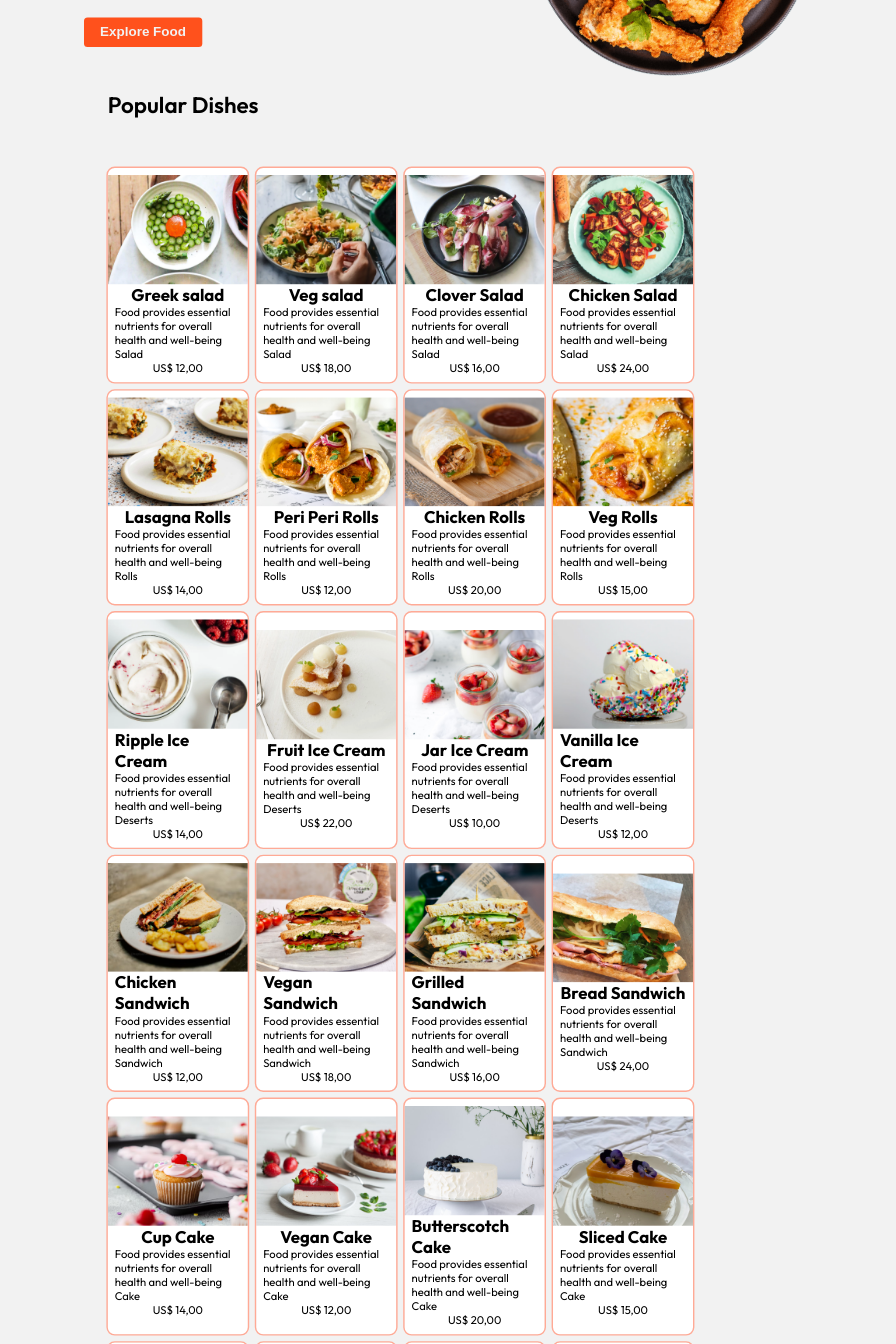
Repository: guilhermecardoso93/foodio
Page: /
These files come from the project's save history. The page is drawn as it stood at one moment and after the next save; the edit follows.
The browser window is 1280 px wide. The pictures show the part of the page from y = 510 to 2430 px (the page is 3448 px tall before and 3324 px after), at 70% of full size.
The project was rebuilt for these pictures with package versions that can differ from the ones it lists, and the page was loaded fresh each time. Also part of the build but not shown: vite.config.js, src/index.css.

Above is the page before, as saved 2024-11-05 20:13:07.

After the next save:
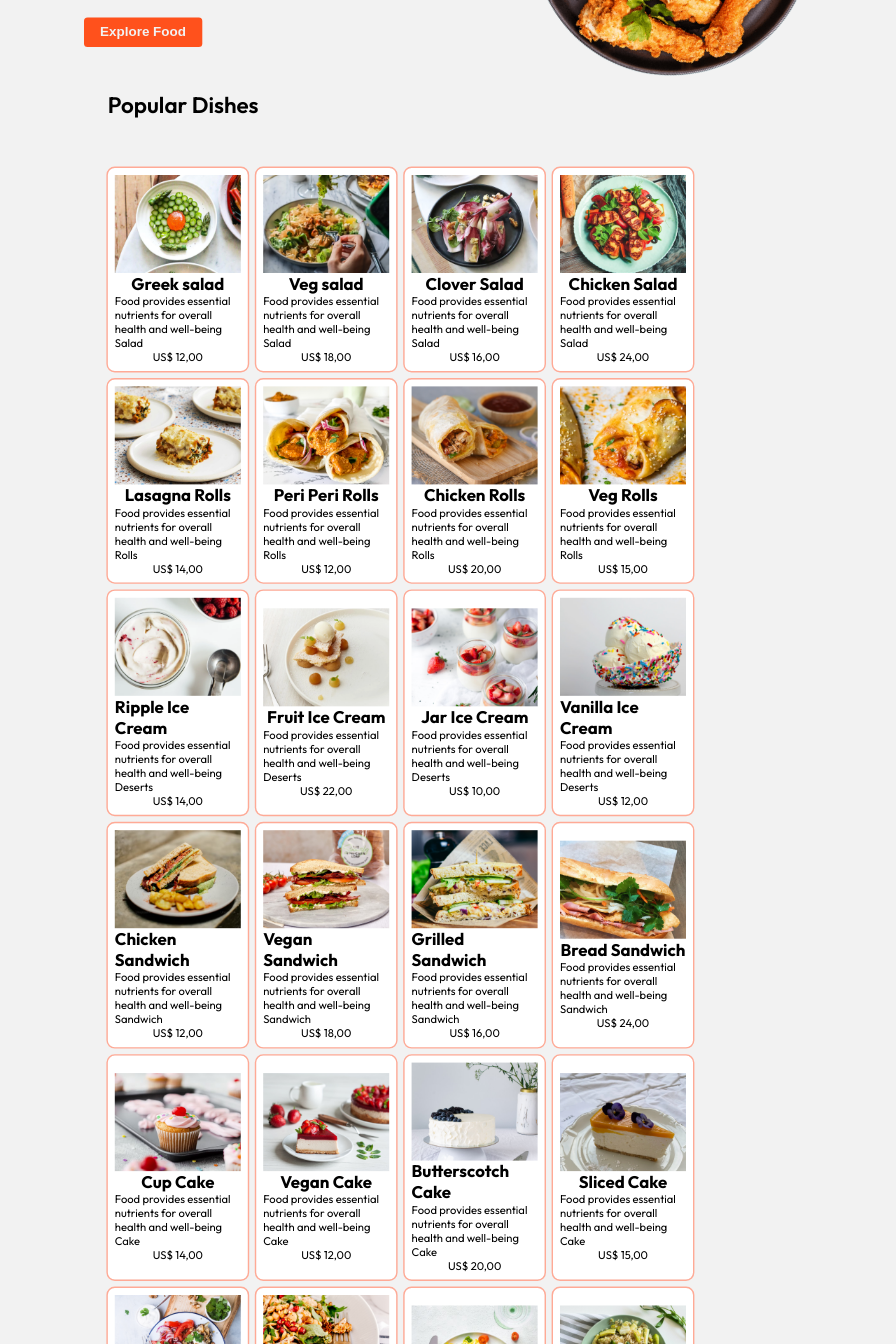
Saved 6 s later.
--- a/src/components/CardItem/styles.css
+++ b/src/components/CardItem/styles.css
@@ -13,5 +13,5 @@
 }
 
 .card img {
-  width: 200px;
+  width: 180px;
 }
